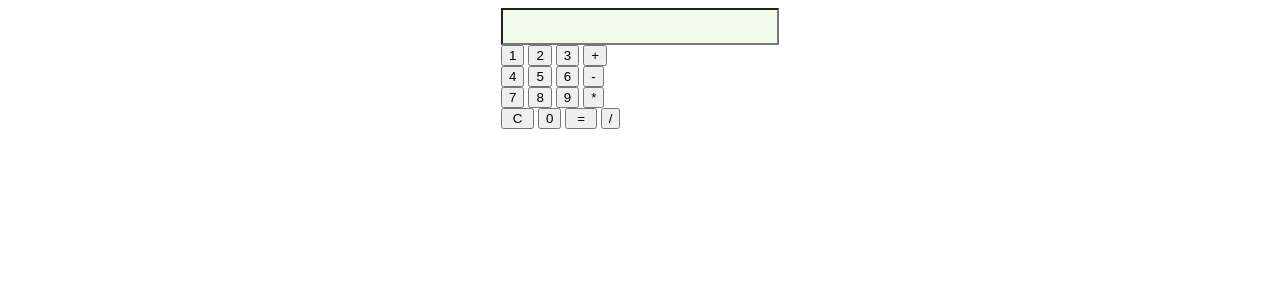
Repository: Drumstrum88/LAB-calculator
Page: index.html
These files come from the project's save history. The page is drawn as it stood at one moment and after the next save; the edit follows.
The browser window is 1280 px wide. The pictures show the whole page.

Above is the page before, as saved 2023-04-15 20:54:08.

After the next save:
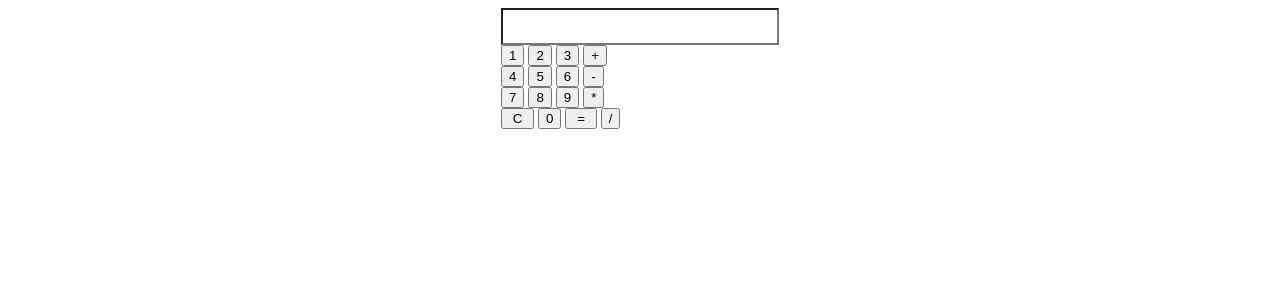
Saved 9 s later.
--- a/main.css
+++ b/main.css
@@ -13,7 +13,7 @@ body {
     width: 270px;
     font-size: 26px;
     text-align: right;
-    background-color: #f1faeb;
+    background-color: #ffffff;
     float: left;
 }
 /* answer hover effect */
